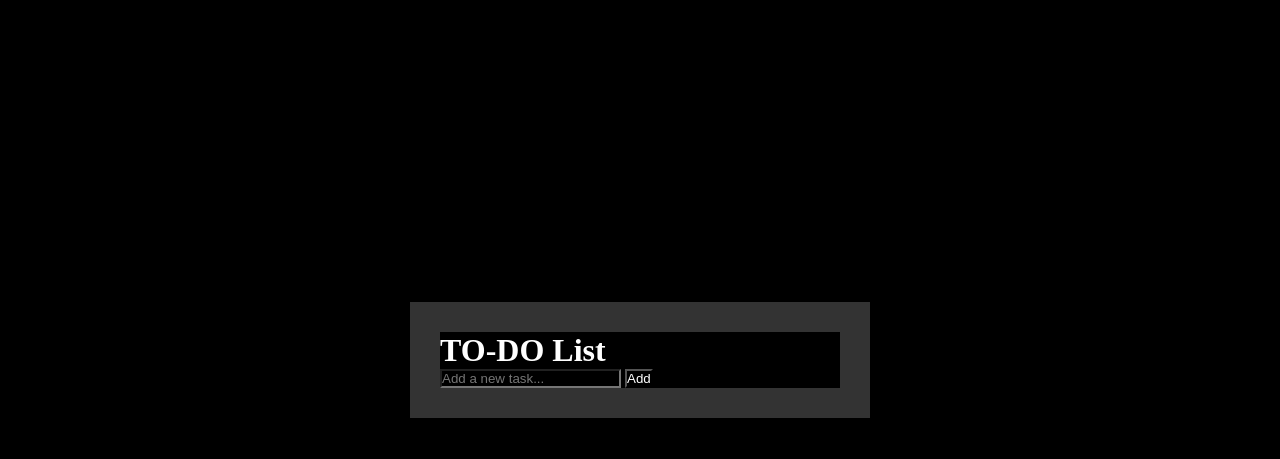
Repository: ksusmitha879-cyber/todo-list
Page: index.html
The author's editor kept a copy of each file at every save. The page is drawn from the files as they stood at one save, then again after the next save.
The browser window is 1280 px wide. The pictures show the whole page.

Above is the page before, as saved 2025-11-28 02:26:04.

### index.html
<!DOCTYPE html>
<html lang="en">
<head>
    <meta charset="UTF-8">
    <meta name="viewport" content="width=device-width, initial-scale=1.0">
    <title>TO-DO List</title>
    <link rel="stylesheet" href="style.css">
</head>
<body>
    <div class="container">
        <h1>TO-DO List</h1>
        <div class="input-container">
            <input type="text" id="todo-input" placeholder="Add a new task..."/>
            <button>Add</button>
        </div>
    </div>
</body>
</html>

### style.css
*{
    margin: 0;
    padding: 0;
    background-color: black;
    color: white;
}

html, body{
    height: 100%;
    display: grid;
    place-items: center;
}
.container{
    padding: 30px;
    background-color: rgb(51, 51, 51);
    width: 400px;
    height: auto;
    border: ;
}

After the next save:
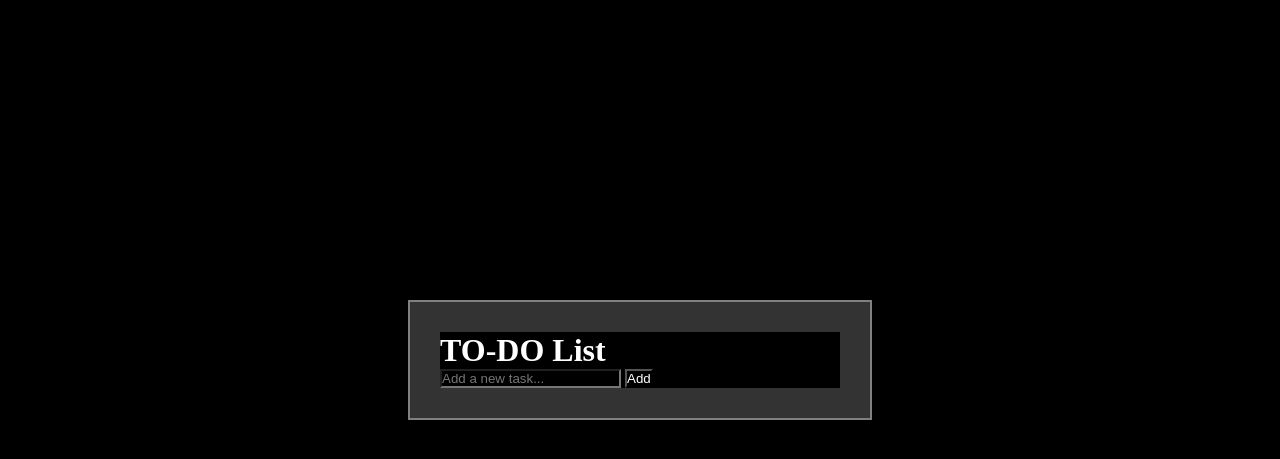
Saved 8 s later.
--- a/style.css
+++ b/style.css
@@ -15,5 +15,5 @@
     background-color: rgb(51, 51, 51);
     width: 400px;
     height: auto;
-    border: ;
+    border: 2px solid grey;
 }
